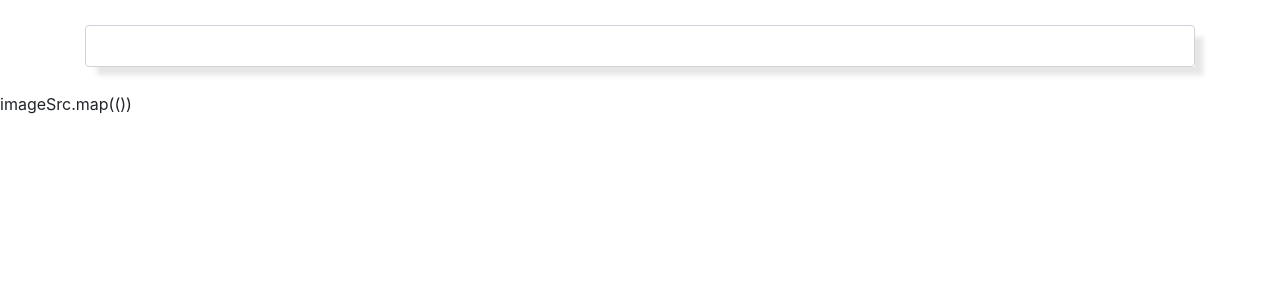
Repository: lamilekan263/photoapp
Page: /
An editor plug-in stored every save of this project. The page is shown before and after a run of saves, followed by the edit.
The browser window is 1280 px wide. The pictures show the whole page.
The project was rebuilt for these pictures with package versions that can differ from the ones it lists, and the page was loaded fresh each time. Also part of the build but not shown: src/components/images/images.js.

Above is the page before, as saved 2020-08-26 11:06:07.

After the next 2 saves:
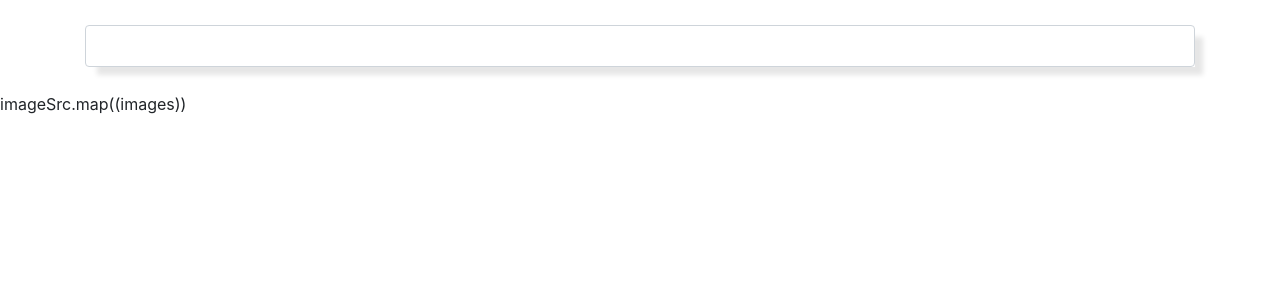
The 2 saves are shown as one change because they came seconds apart.
The last was saved 10 s later.
--- a/src/components/imageList/imageList.js
+++ b/src/components/imageList/imageList.js
@@ -5,7 +5,7 @@ const imageList = ({ imageSrc }) =>{
 
     return(
         <div>
-            imageSrc.map(())
+            imageSrc.map((images))
         </div>
     )
 }
